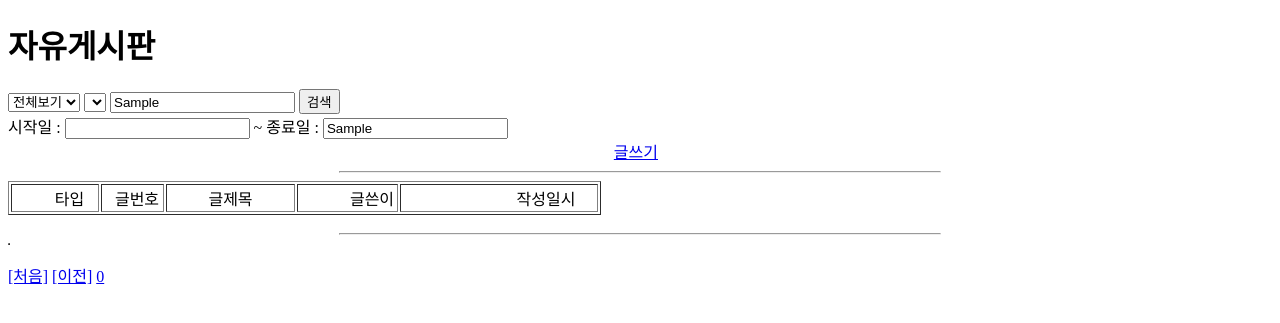
Repository: arcaorm00/seowoo_test
Page: http://localhost/mavenBoard/WEB-INF/view/freeBoard/freeBoardMain.jsp
An editor plug-in stored every save of this project. The page is shown before and after the next save, followed by the edit.
The browser window is 1280 px wide. The pictures show the whole page.
Empty fields were first filled with sample values (such as "Sample", 5 or name@example.com).
After loading, the first visible `#searchBtn` was clicked once.
The page is served by Tomcat 9. Nobody is signed in. Other server files are loaded and not shown. The template is opened directly, without the code that normally fills it, so the values that code supplies are empty.

Above is the page before, as saved 2021-01-04 06:39:52.

### mavenBoard/WebContent/WEB-INF/view/freeBoard/freeBoardMain.jsp
<%@ page language="java" contentType="text/html; charset=UTF-8"
    pageEncoding="UTF-8"%>
<%@taglib uri="http://java.sun.com/jsp/jstl/core" prefix="c"%>
<!DOCTYPE html PUBLIC "-//W3C//DTD HTML 4.01 Transitional//EN" "http://www.w3.org/TR/html4/loose.dtd">
<html>
<head>
<meta http-equiv="Content-Type" content="text/html; charset=UTF-8">
<title>Insert title here</title>
<script src="https://code.jquery.com/jquery-1.12.4.min.js"></script>

<script type="text/javascript">

	// 검색
	function searchFunction(page){

		var regExIsNumeric = /^[0-9]+$/;
		var deleteBlank = / /gi;

		var searchSelect = $("#searchSelect").val();
		var searchKeyword = $("#searchKeyword").val().replace(deleteBlank, "");

		if(searchSelect == 'DCOM001' && !searchKeyword.replace(regExIsNumeric, "") == ""){
			alert("검색어를 확인해주세요.\n글번호 검색은 숫자만 가능합니다.");
			return;
		}

		// 날짜 검색
		var startDate = $("#startDate").val().replace(deleteBlank, "");
		var endDate = $("#endDate").val().replace(deleteBlank, "");

		if(!startDate.replaceAll("/", "").replace(regExIsNumeric, "") == "" || !endDate.replaceAll("/", "").replace(regExIsNumeric, "") == ""){
			alert("날짜는 숫자로만 입력할 수 있습니다.");
			$("#startDate").val("");
			$("#Date").val("");
			return;
		}
		if((startDate != "" && endDate == "") || (startDate == "" && endDate != "")){
			alert("시작일과 종료일 중 하나를 비워둘 수는 없습니다.");
			return;
		}
		if(parseInt(startDate.replaceAll("/", "")) > parseInt(endDate.replaceAll("/", ""))){
			alert("종료일이 시작일보다 이전 날짜가 될 수는 없습니다.");
			return;
		}

		var searchJson = {searchField: searchSelect, keyword: searchKeyword, startDate: startDate, endDate: endDate, page: page};
		console.log(searchJson);

		$.ajax({
			data: searchJson,
			contentType: 'application/json;charset=UTF-8',
			url: "./mainSearch.ino",
			success: function(data){
				console.log(data);
				var list = data.list;
				var pagination = data.page;

				console.log(pagination);

				$("#boardTable").empty();

				var tbody = $("<tbody></tbody>");

				if(list.length > 0){
					for (var i = 0; i < list.length; i++) {
						var board = list[i];
						var tr = $("<tr></tr>");
						var type = $("<td style='width: 55px; padding-left: 30px;' align='center'></td>").html(board.codeType);
						var num = $("<td style='width: 50px; padding-left: 10px;' align='center'></td>").html(board.num);
						var link = $("<a href='./freeBoardDetail.ino?num="+board.num+"'></a>").text(board.title);
						var title = $("<td style='width: 125px;' align='left'></td>");
						title.append(link);
						var name = $("<td style='width: 48px; padding-left: 50px;' align='center'></td>").html(board.name);
						var regdate = $("<td style='width: 100px; padding-left: 95px;' align='center'></td>").html(board.regdate);
						tr.append(type, num, title, name, regdate);
						tbody.append(tr);
					}
				}else{
					var h4 = $("<h4 style='padding: 20px'></h4>").html("검색어에 해당하는 결과가 존재하지 않습니다.");
					var button = $("<button>목록으로</button>").attr("onClick", "location.href='./main.ino'");
					tbody.append(h4, button);
				}

				$("#boardTable").append(tbody);
				searchPagination(pagination);
				history.pushState('', null, '?searchField=' + searchSelect + "&keyword=" + searchKeyword + "&startDate=" + startDate + "&endDate=" + endDate + "&page=" + page);
			},
			error: function(request, status, error){
				console.log(status);
				console.log(error);
			}
		});
	}

	// 페이징
	function searchPagination(page){

		$("#paginationDiv").empty();

		var alpha = $("<span><a href='#' onClick='searchFunction(1);'>[처음]</a></span>");
		var prev = $("<span><a href='#' onClick='searchFunction(" + page.prevPage + ");'>[이전]</a></span>");
		var next = $("<span><a href='#' onClick='searchFunction(" + page.nextPage +");'>[다음]</a></span>");
		var omega = $("<span><a href='#' onClick='searchFunction(" + page.totalPage +");'>[끝]</a></span>");
		// var alpha = $("<span><a href='./main.ino?page=1'>[처음]</a></span>");
		// var prev = $("<span><a href='./main.ino?page=" + page.prevPage + "'>[이전]</a></span>");
		// var next = $("<span><a href='./main.ino?page=" + page.nextPage + "'>[다음]</a></span>");
		// var omega = $("<span><a href='./main.ino?page=" + page.totalBlock + "'>[끝]</a></span>");

		if(page.currentPage != 1){
			$("#paginationDiv").append(alpha, prev);
		}

		for (var pageNum = page.startBlock; pageNum <= page.endBlock; pageNum++){
			var span;
			if (pageNum == page.currentPage){
				span = $("<span style='color: red;'>" + pageNum + " </span>");
			}else{
				span = $("<span><a href='#' onClick='searchFunction(" + pageNum + ");'>" + pageNum + "</a> </span>");
			}
			$("#paginationDiv").append(span);
		}

		if(page.currentPage != page.totalPage && page.totalPage > 0){
			$("#paginationDiv").append(next);
		}
		if(page.currentPage != page.totalPage && page.totalPage > 0){
			$("#paginationDiv").append(omega);
		}
	}

	function textAutocomplete(event, date){
		var len = date.value.length;

		if(len == 4){ date.value += "/"; }
		if(len == 7){ date.value += "/"; }
	}

	$(function(){
		$("#searchKeyword").keypress(function(event){
			if(event.keyCode == 13){
				searchFunction(1);
			}
		})
	})
</script>
</head>
<body>

	<div>
		<h1>자유게시판</h1>
	</div>

	<div>
		<select id="searchSelect">
			<option value="">전체보기</option>
			<c:forEach var="nRow" items="${ searchList }">
				<option value="${ nRow.DECODE }" <c:if test="${ searchField eq nRow.DECODE }">selected</c:if>>${ nRow.DECODE_NAME }</option>
			</c:forEach>
		</select>
		<select id="yearSelect">
			<c:forEach var="nRow" items="${ yearList }">
				<option value="${ nRow.DECODE }" <c:if test="${ searchField eq nRow.DECODE }">selected</c:if>>${ nRow.DECODE_NAME }</option>
			</c:forEach>
		</select>
		<input type="text" id="searchKeyword" value="${ keyword }"/>
		<button type="button" id="searchBtn" name="searchBtn" onClick="searchFunction(1);">검색</button>
	</div>

	<div>
		시작일 : <input type="text" id="startDate" name="startDate" maxlength="10" onkeypress="textAutocomplete(event, this);" value="${ startDate }"/> ~
		종료일 : <input type="text" id="endDate" name="endDate" maxlength="10" onkeypress="textAutocomplete(event, this);" value="${ endDate }"/>
	</div>

	<div style="width:650px;" align="right">
		<a href="./freeBoardInsert.ino">글쓰기</a>
	</div>
	<hr style="width: 600px;">
	<div style="padding-bottom: 10px;">
		<table border="1">
			<thead>
				<tr>
					<td style="width: 55px; padding-left: 30px;" align="center">타입</td>
					<td style="width: 50px; padding-left: 10px;" align="center">글번호</td>
					<td style="width: 125px;" align="center">글제목</td>
					<td style="width: 48px; padding-left: 50px;" align="center">글쓴이</td>
					<td style="width: 100px; padding-left: 95px;" align="center">작성일시</td>
				</tr>
			</thead>
		</table>
	</div>
	<hr style="width: 600px;">

	<div id="boardDiv">
		<table id="boardTable" border="1">
			<tbody>
					<c:forEach var="dto" items="${ freeBoardList }">
					<tr>
						<td style="width: 55px; padding-left: 30px;" align="center">${ dto.codeType }</td>
						<td style="width: 50px; padding-left: 10px;" align="center">${ dto.num }</td>
						<td style="width: 125px;" align="left"><a href="./freeBoardDetail.ino?num=${ dto.num }">${ dto.title }</a></td>
						<td style="width: 48px; padding-left: 50px;" align="center">${ dto.name }</td>
						<td style="width: 100px; padding-left: 95px;" align="center">${ dto.regdate }</td>
					<tr>
					</c:forEach>
			</tbody>
		</table>
	</div>

	<br>

	<div id="paginationDiv">
		<c:if test="${ pagination.currentPage != 1 }">
			<span><a href="#" onClick="searchFunction(1);">[처음]</a></span>
		</c:if>
		<c:if test="${ pagination.currentPage != 1 }">
			<span><a href="#" onClick="searchFunction(${ pagination.prevPage });">[이전]</a></span>
		</c:if>

		<c:forEach var="pageNum" begin="${ pagination.startBlock }" end="${ pagination.endBlock }">
			<c:choose>
				<c:when test="${ pageNum == pagination.currentPage }">
					<span style="color: red;">${ pageNum }</span>
				</c:when>
				<c:otherwise>
					<span><a href="#" onClick="searchFunction(${ pageNum });">${ pageNum }</a></span>
				</c:otherwise>
			</c:choose>
		</c:forEach>

		<c:if test="${ pagination.currentPage != pagination.totalPage && pagination.totalPage > 0 }">
			<span><a href="#" onClick="searchFunction(${ pagination.nextPage });">[다음]</a></span>
		</c:if>
		<c:if test="${ pagination.currentPage != pagination.totalBlock && pagination.totalBlock > 0 }">
			<span><a href="#" onClick="searchFunction(${ pagination.totalBlock });">[끝]</a></span>
		</c:if>
	</div>

</body>
</html>

After the next save:
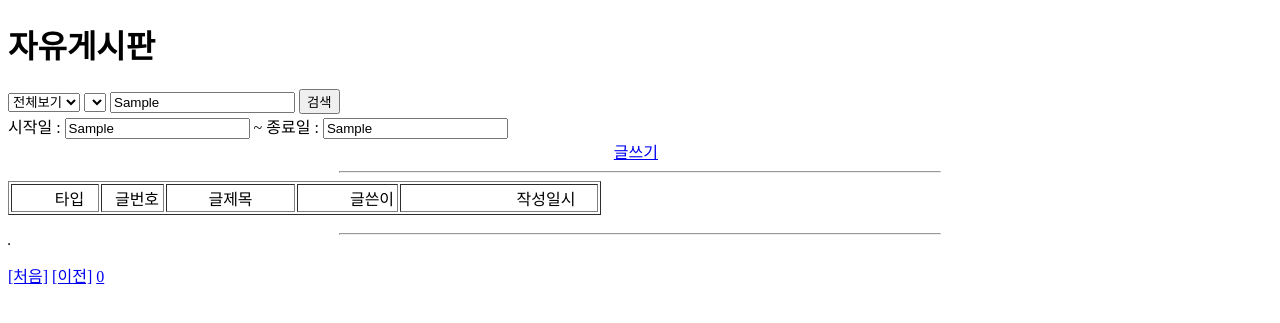
Console error: SyntaxError: Unexpected token ')'
Saved 2 min 8 s later.
--- a/mavenBoard/WebContent/WEB-INF/view/freeBoard/freeBoardMain.jsp
+++ b/mavenBoard/WebContent/WEB-INF/view/freeBoard/freeBoardMain.jsp
@@ -25,6 +25,7 @@
 		}
 
 		// 날짜 검색
+		var regExIsDate = /[0-9]{4}-(0?[1-9]|1[012])-(0?[1-9]|[12][0-9]|3[01])/;
 		var startDate = $("#startDate").val().replace(deleteBlank, "");
 		var endDate = $("#endDate").val().replace(deleteBlank, "");
 
@@ -34,6 +35,8 @@
 			$("#Date").val("");
 			return;
 		}
+		if()
+
 		if((startDate != "" && endDate == "") || (startDate == "" && endDate != "")){
 			alert("시작일과 종료일 중 하나를 비워둘 수는 없습니다.");
 			return;
